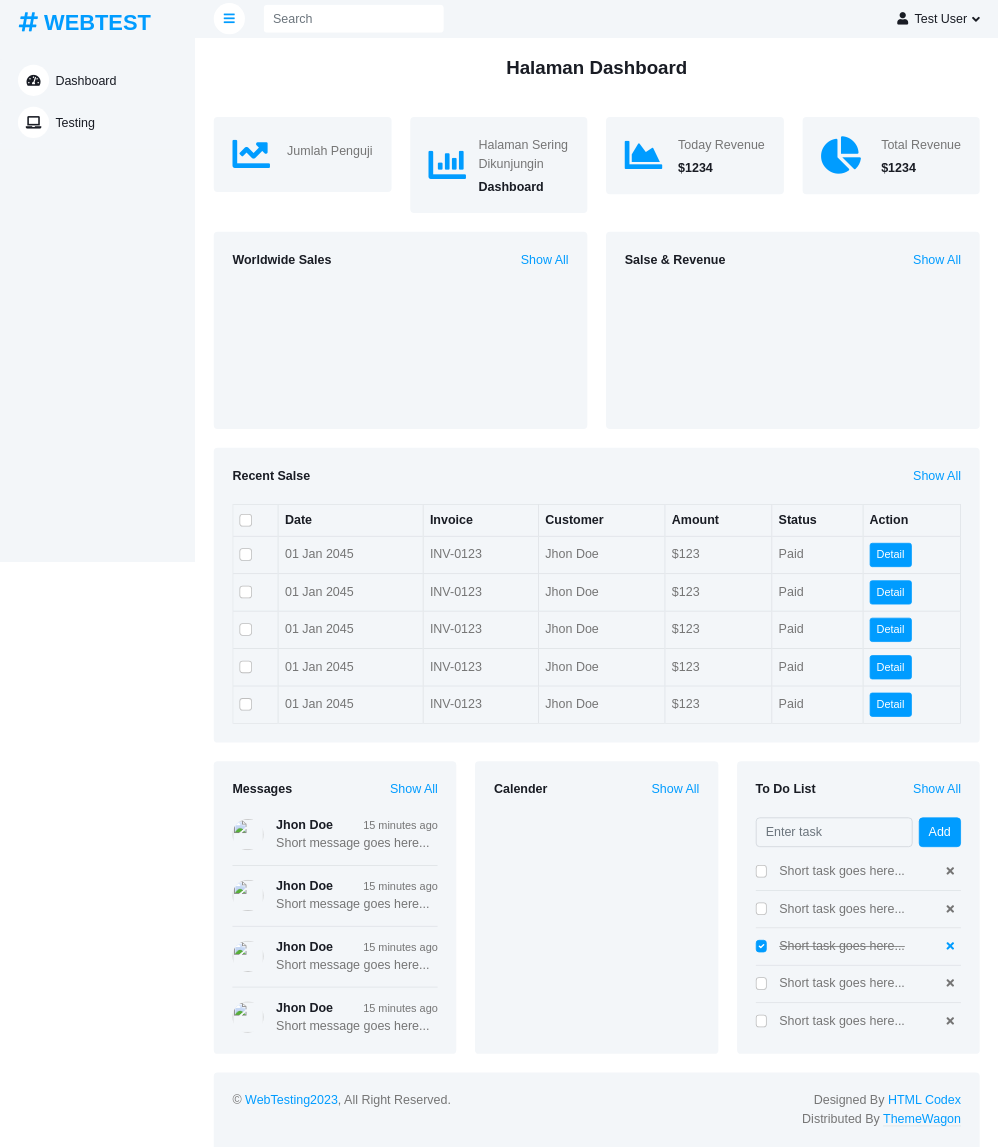
Repository: MarsellaDF/web-testing-jamur
Page: resources/views/dashboard.blade.php
The author's editor kept a copy of each file at every save. The page is drawn from the files as they stood at one save, then again after the next save.
The browser window is 1280 px wide. The pictures show the whole page, at 78% of full size.
Some web fonts or font styles are not loaded; a fallback is used. Some web libraries are served in a nearby version. The page is served by the project's Laravel application, run on PHP 8.4 with Laravel 10. A made-up administrator, Test User (test@example.com), is signed in. The template is opened directly, without the code that normally fills it, so the values that code supplies are empty.

Above is the page before, as saved 2023-06-14 02:25:24.
Console error: TypeError: $(...).waypoint is not a function

After the next save:
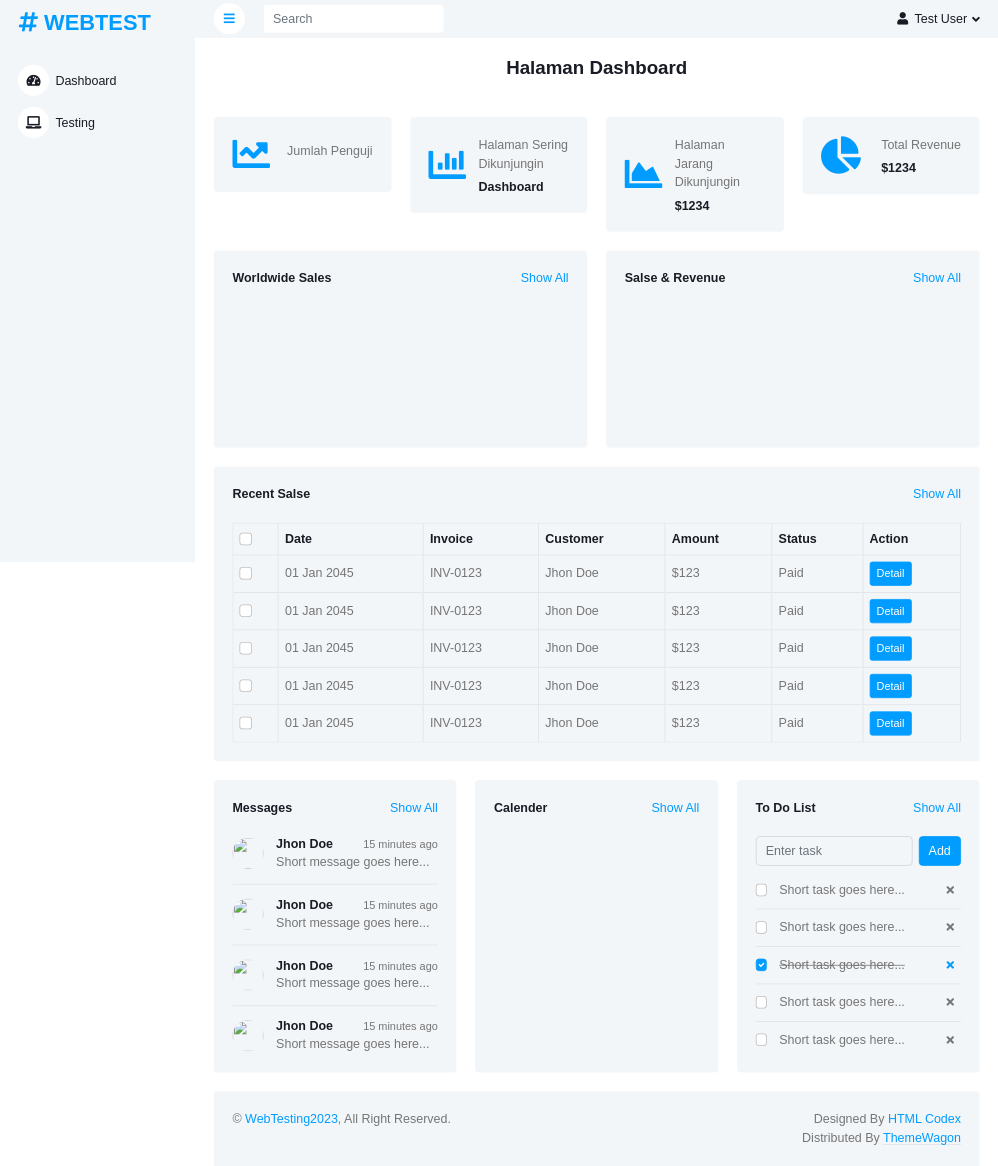
Saved 46 s later.
--- a/web-testing-app/resources/views/dashboard.blade.php
+++ b/web-testing-app/resources/views/dashboard.blade.php
@@ -27,7 +27,7 @@
                         <div class="bg-light rounded d-flex align-items-center justify-content-between p-4">
                             <i class="fa fa-chart-area fa-3x text-primary"></i>
                             <div class="ms-3">
-                                <p class="mb-2">Today Revenue</p>
+                                <p class="mb-2">Halaman Jarang Dikunjungin</p>
                                 <h6 class="mb-0">$1234</h6>
                             </div>
                         </div>
